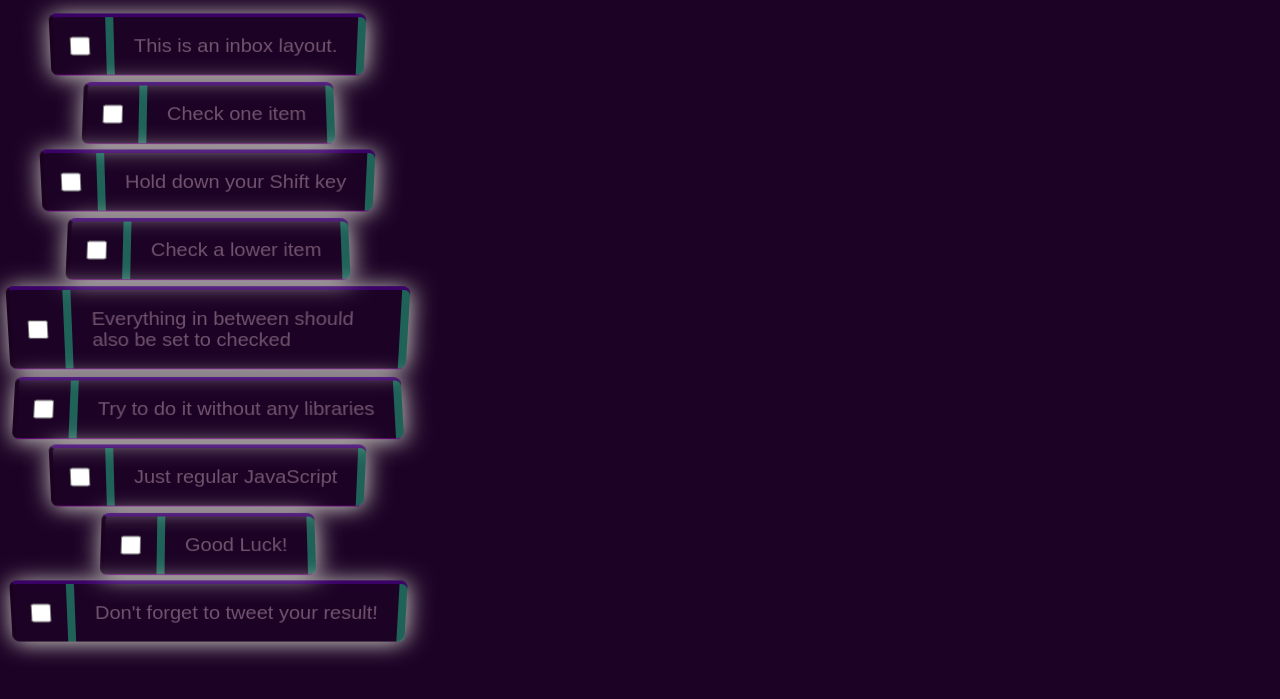
Repository: Freezler/Shift-Select-Checkboxes
Page: index.html
The author's editor kept a copy of each file at every save. The page is drawn from the files as they stood at one save, then again after the next save.
The browser window is 1280 px wide. The pictures show the whole page.

Above is the page before, as saved 2024-09-07 23:18:58.

### index.html
<!DOCTYPE html>
<html lang="en">

<head>
  <meta charset="UTF-8">
  <title>Hold Shift to Check Multiple Checkboxes</title>
  <link rel="icon" href="https://fav.farm/🔥" />
</head>

<body>
  <style>
    :root {
      --background-color: rgb(28, 2, 37);
      --border-color: hsla(292, 94%, 6%, 0.8);

    }

    html {
      font-family: sans-serif;
      font-weight: 500;
      background: var(--background-color);
      user-select: none;
    }




    .inbox {
      max-width: 400px;
      place-items: center;
      gap: 0px;
      border-radius: 5px;
      display: flex;
      flex-direction: column;
      background: var(--background-color);
    }

    .item {
      display: flex;
      transition: all 0.3s ease-in-out;
      border-inline-start: 4px solid var(--border-color);
      border-block-start: 4px inset rgba(136, 0, 255, 0.497);
      box-shadow: 1px 2px 24px rgba(244, 249, 232, 0.847);
      border-bottom: 1px dotted #b908d0;
      color: rgb(112, 83, 109);
      border-radius: 8px;
    }

    .item:last-child {
      border-bottom: 0;
    }



    input[type="checkbox"] {
      accent-color: #7c0529ef;
      margin: 16px;
      width: 20px;
    }

    input:checked+p {
      background: #a3045131;
      text-decoration: line-through;
      color: cornsilk;
      border-inline: 8px solid #5e057cef;
      transition: all 0.9s ease-in-out;
      border-radius: 99px;



    }



    .inbox .item:nth-child(even) {
      transform: perspective(1500px) rotateX(24deg) translateY(3px) scale(1.001);

    }

    .inbox .item:nth-child(odd) {
      transform: perspective(1500px) rotateX(-24deg) translateY(3px) scale(1.001);

    }

    .item:nth-child(odd):hover {
      transform: perspective(400px) rotateX(24deg) translateY(3px);

    }

    .item:nth-child(even):hover {
      transform: perspective(400px) rotateX(-24deg) translateY(3px);

    }

    .item:nth-child(even) {
      transform: perspective(1500px) rotateX(-24deg) translateY(3px);

    }

    p {
      margin: 0;
      padding: 20px;
      transition: background 0.3s;
      flex: 1;
      font-size: 20px;
      font-weight: 200;
      border-inline: 8px solid #23cc9178;
      border-inline-end: 8px solid #23cc9178;
      border-start-end-radius: 6px;
      border-end-end-radius: 6px;
    }
  </style>
  <!--  The following is a common layout you would see in an email client.
        When a user clicks a checkbox, holds Shift, and then clicks another checkbox a few rows down, all the checkboxes in between those two checkboxes should be checked.

  -->
  <div class="inbox">
    <div class="item">
      <input type="checkbox">
      <p>This is an inbox layout.</p>
    </div>
    <div class="item">
      <input type="checkbox">
      <p>Check one item</p>
    </div>
    <div class="item">
      <input type="checkbox">
      <p>Hold down your Shift key</p>
    </div>
    <div class="item">
      <input type="checkbox">
      <p>Check a lower item</p>
    </div>
    <div class="item">
      <input type="checkbox">
      <p>Everything in between should also be set to checked</p>
    </div>
    <div class="item">
      <input type="checkbox">
      <p>Try to do it without any libraries</p>
    </div>
    <div class="item">
      <input type="checkbox">
      <p>Just regular JavaScript</p>
    </div>
    <div class="item">
      <input type="checkbox">
      <p>Good Luck!</p>
    </div>
    <div class="item">
      <input type="checkbox">
      <p>Don't forget to tweet your result!</p>
    </div>
  </div>

  <script>
    const checkboxes = document.querySelectorAll('.inbox input[type="checkbox"]');

    checkboxes.forEach(checkbox => checkbox.addEventListener('click', handleCheck))

    let lastChecked;

    function handleCheck(e) {
      // check for shift-press && checked
      let inBetween = false;
      // loop over every single checkbox
      if (e.shiftKey && this.checked) {
        checkboxes.forEach(checkbox => {
          if (checkbox === this || checkbox === lastChecked) {
            inBetween = !inBetween
          }
          if (inBetween) {
            checkbox.checked = true
          }
        })
      }

      if (e.shiftKey && this.checked) {
        console.log("haha it's clicked with shift down AND checked!")
      }
      if (e.shiftKey && !this.checked) {
        console.log("haha it's clicked with shift down but not checked!")
      }
      lastChecked = this;
    }

  </script>
</body>

</html>

After the next save:
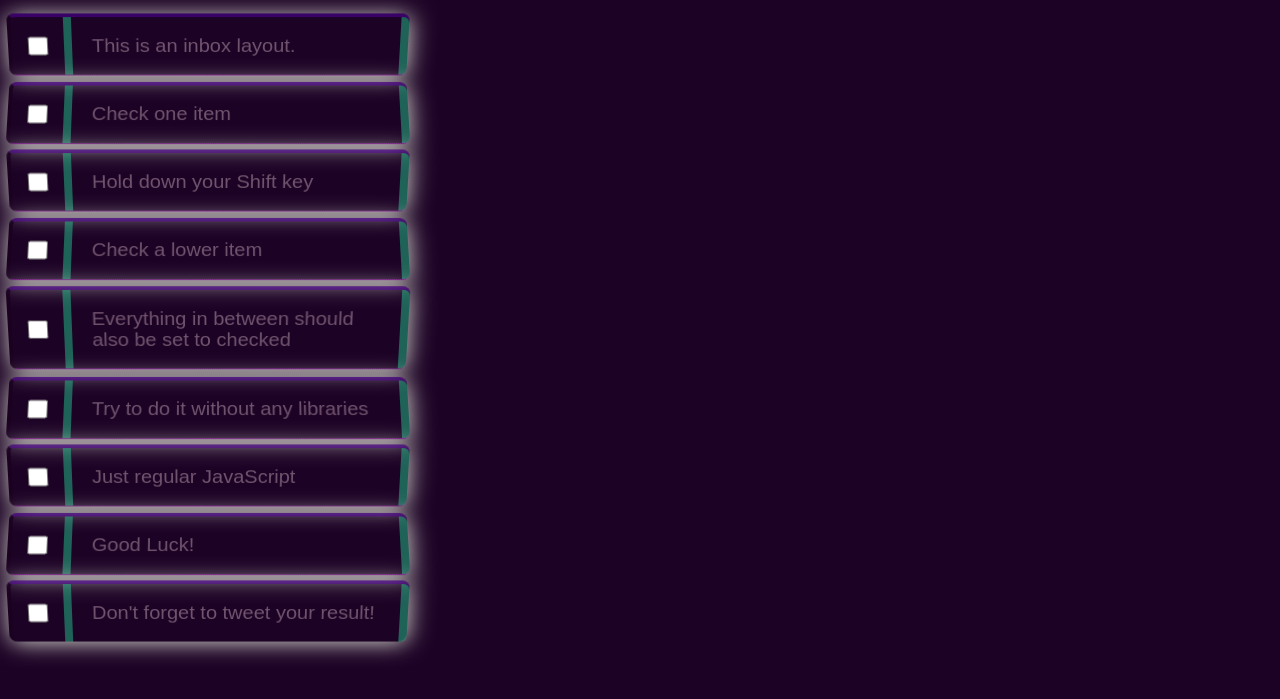
Saved 25 s later.
--- a/index.html
+++ b/index.html
@@ -27,7 +27,7 @@
 
     .inbox {
       max-width: 400px;
-      place-items: center;
+
       gap: 0px;
       border-radius: 5px;
       display: flex;

After the save that followed:
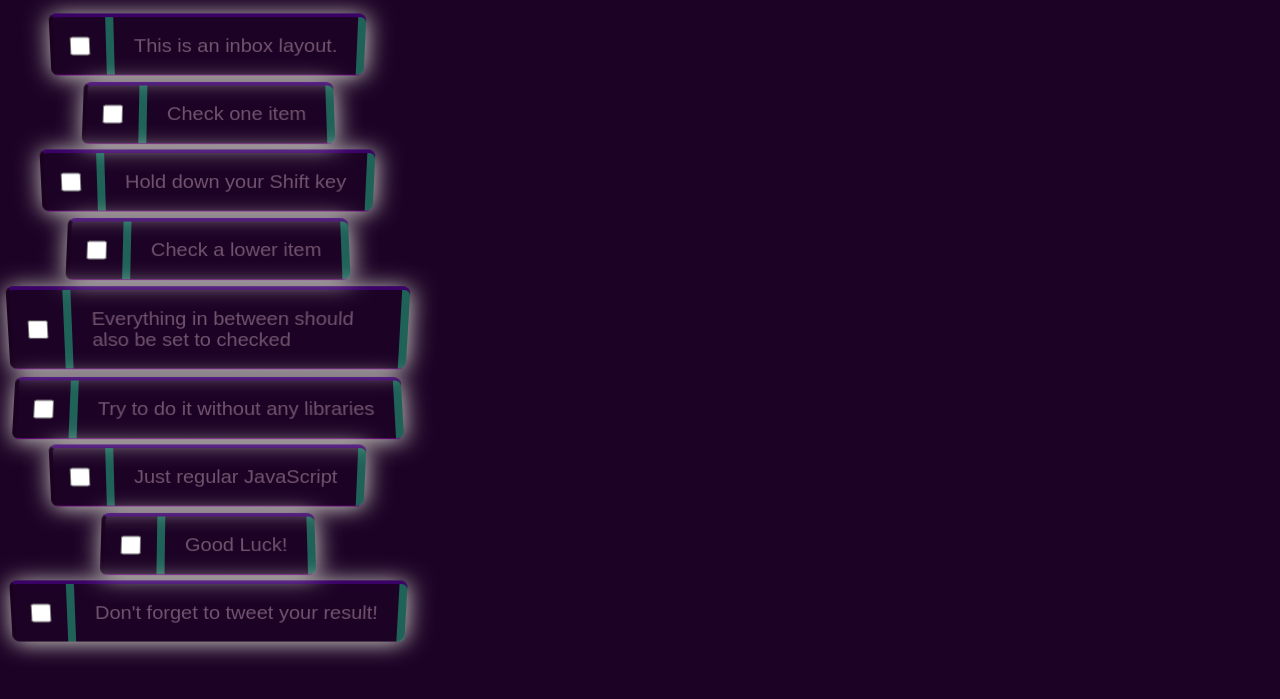
Saved 33 s later.
--- a/index.html
+++ b/index.html
@@ -27,7 +27,8 @@
 
     .inbox {
       max-width: 400px;
-
+      align-items: center;
+      justify-content: center;
       gap: 0px;
       border-radius: 5px;
       display: flex;
